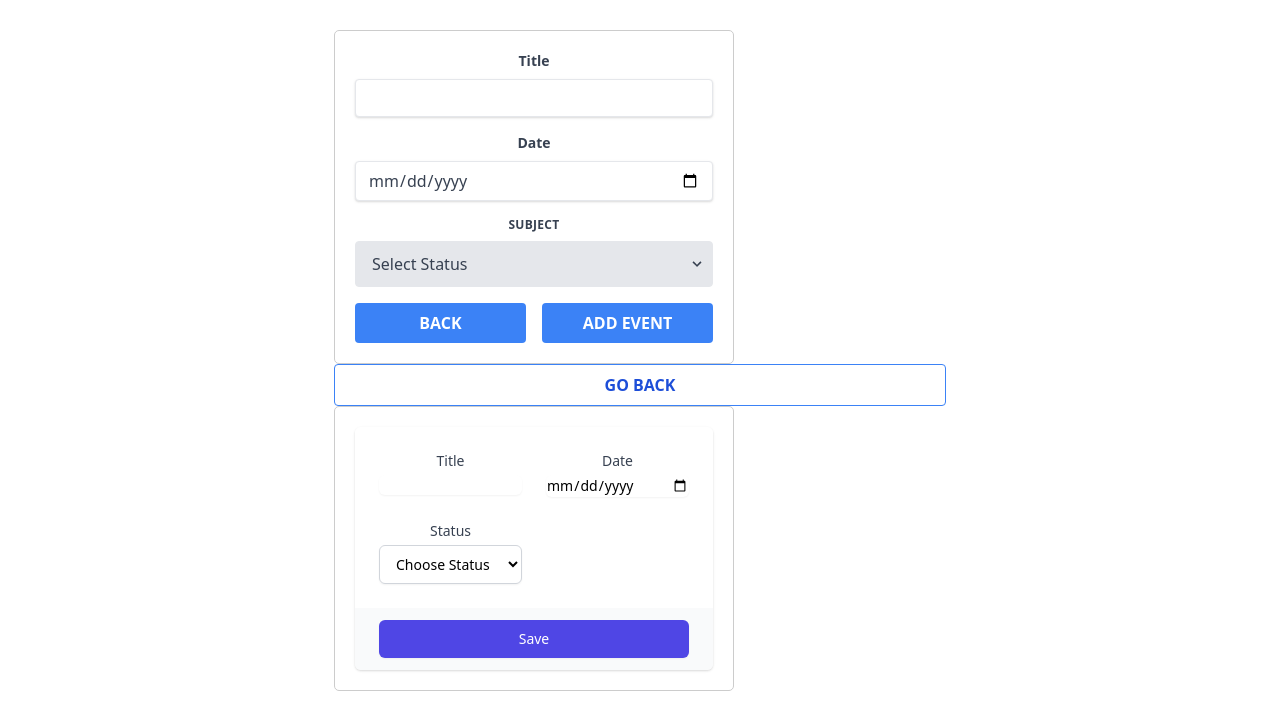
Repository: maikeru-desu/parking-lot
Page: /add (app in parking-lot-fe/)
An editor plug-in stored every save of this project. The page is shown before and after the next save, followed by the edit.
The browser window is 1280 px wide. The pictures show the whole page.
The project was rebuilt for these pictures with package versions that can differ from the ones it lists, and the page was loaded fresh each time. Also part of the build but not shown: parking-lot-fe/craco.config.js, parking-lot-fe/src/pages/Home.js, parking-lot-fe/src/pages/Edit.js.

Above is the page before, as saved 2021-10-14 07:02:06.

After the next save:
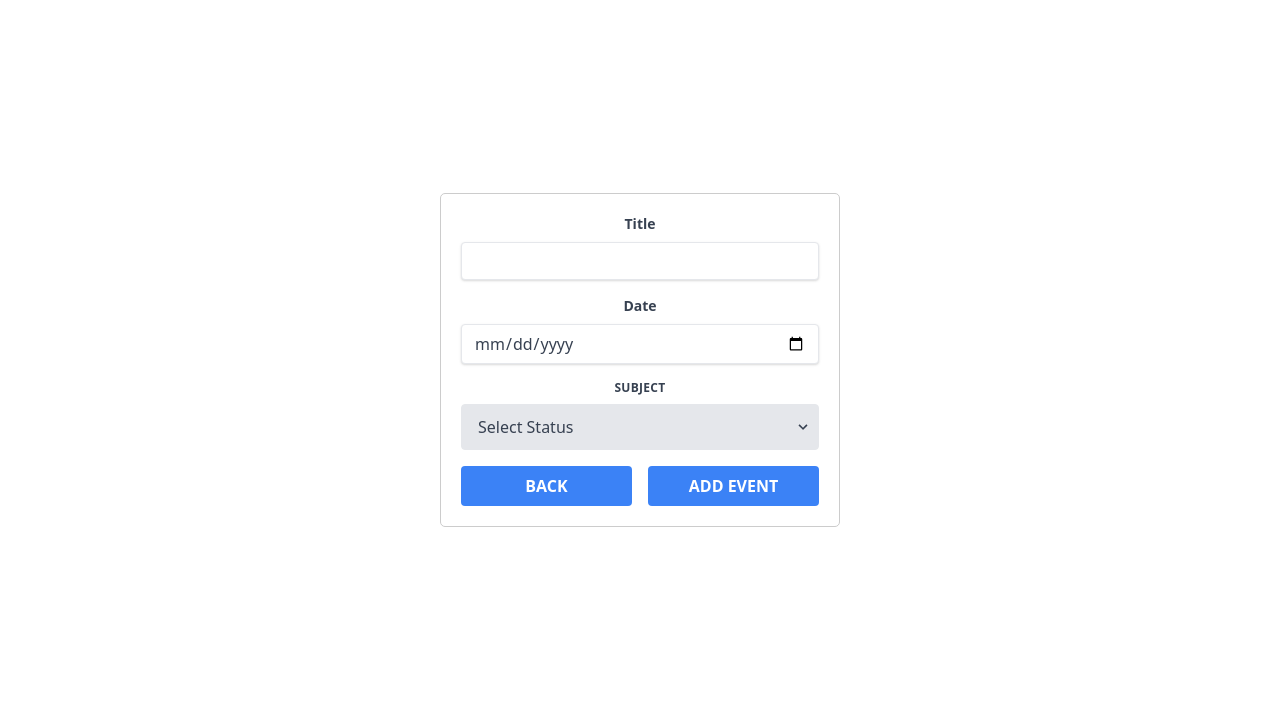
Saved 9 s later.
--- a/parking-lot-fe/src/pages/Add.js
+++ b/parking-lot-fe/src/pages/Add.js
@@ -101,76 +101,6 @@ const Add = () => {
                     </button>
                 </div>
             </form>
-
-            <button onClick={ () => history.push("/") } className="bg-transparent hover:bg-blue-500 text-blue-700 font-semibold hover:text-white py-2 px-4 border border-blue-500 hover:border-transparent rounded">
-                GO BACK
-            </button>
-            {error && <h3 className="text-red-700">{error}</h3>}
-            <div className="mt-10 sm:mt-0">
-                <div className="md:grid md:grid-cols-3 md:gap-6">
-                    <div className="mt-5 md:mt-0 md:col-span-2">
-                        <form method="POST" onSubmit={handleSubmit}>
-                            <div className="shadow overflow-hidden sm:rounded-md">
-                                <div className="px-4 py-5 bg-white sm:p-6">
-                                    <div className="grid grid-cols-6 gap-6">
-                                        <div className="col-span-6 sm:col-span-3">
-                                            <label htmlFor="first-name" className="block text-sm font-medium text-gray-700">
-                                                Title
-                                            </label>
-                                            <input
-                                                name="title"
-                                                id="title"
-                                                value={title}
-                                                type={title}
-                                                onChange={handleChange}
-                                                className="mt-1 focus:ring-indigo-500 focus:border-indigo-500 block w-full shadow-sm sm:text-sm border-gray-300 rounded-md"
-                                            />
-                                        </div>
-                                        <div className="col-span-6 sm:col-span-3">
-                                            <label htmlFor="last-name" className="block text-sm font-medium text-gray-700">
-                                                Date
-                                            </label>
-                                            <input
-                                                type="date"
-                                                name="date"
-                                                id="date"
-                                                value={date}
-                                                onChange={handleChange}
-                                                className="mt-1 focus:ring-indigo-500 focus:border-indigo-500 block w-full shadow-sm sm:text-sm border-gray-300 rounded-md"
-                                            />
-                                        </div>
-                                        <div className="col-span-6 sm:col-span-3">
-                                            <label htmlFor="country" className="block text-sm font-medium text-gray-700">
-                                                Status
-                                            </label>
-                                            <select
-                                                id="status"
-                                                name="status"
-                                                value={status}
-                                                onChange={handleChange}
-                                                className="mt-1 block w-full py-2 px-3 border border-gray-300 bg-white rounded-md shadow-sm focus:outline-none focus:ring-indigo-500 focus:border-indigo-500 sm:text-sm"
-                                            >
-                                                <option>Choose Status</option>
-                                                <option value="0">Pending</option>
-                                                <option value="2">Ongoing</option>
-                                                <option value="1">Done</option>
-                                            </select>
-                                        </div>
-                                    </div>
-                                </div>
-                                <div className="px-4 py-3 bg-gray-50 text-right sm:px-6">
-                                    <button
-                                        type="submit"
-                                        className="inline-flex justify-center py-2 px-4 border border-transparent shadow-sm text-sm font-medium rounded-md text-white bg-indigo-600 hover:bg-indigo-700 focus:outline-none focus:ring-2 focus:ring-offset-2 focus:ring-indigo-500"
-                                    >
-                                        Save
-                                    </button>
-                                </div>
-                            </div>
-                        </form>
-                    </div>
-                </div>
-            </div>
         </div>
     )
 }
